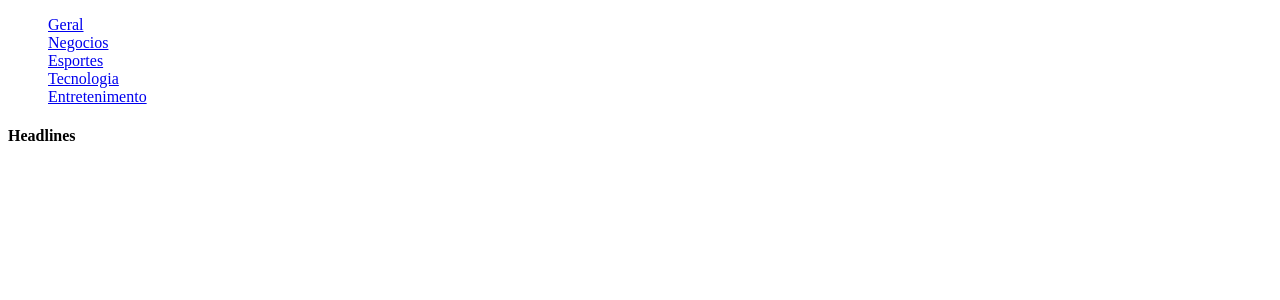
Repository: LuisSempre/api-news
Page: index.html
These files come from the project's save history. The page is drawn as it stood at one moment and after the next save; the edit follows.
The browser window is 1280 px wide. The pictures show the whole page.
The page's requests for data from a server got no answer.

Above is the page before, as saved 2023-01-11 01:22:49.

After the next save:
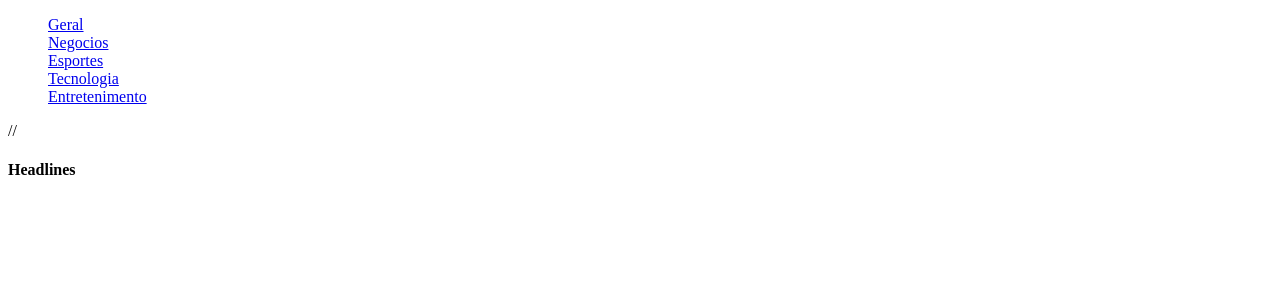
Saved 63 s later.
--- a/index.html
+++ b/index.html
@@ -38,7 +38,7 @@
                 </nav>
             </div>
             <div>
-                <div id="newsType"></div>
+                // <div id="newsType"></div>
                 <div id="newsdetails"></div>
             </div>
         </div>

After the 3 saves that followed:
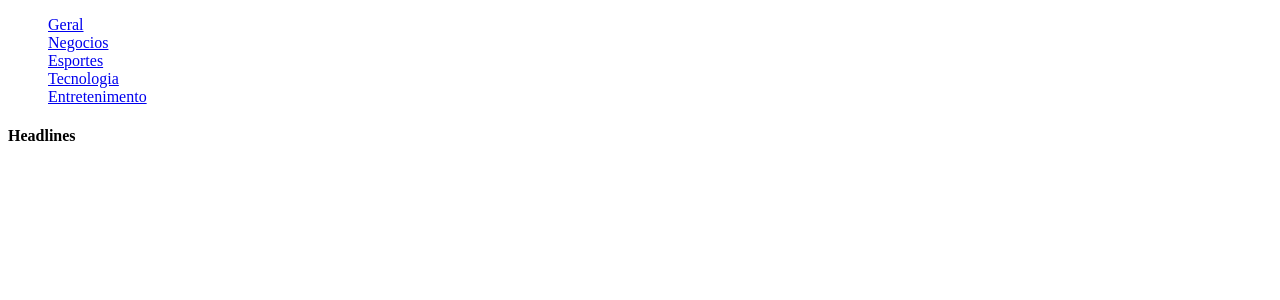
The 3 saves are shown as one change because they came seconds apart.
The last was saved 11 s later.
--- a/index.html
+++ b/index.html
@@ -38,7 +38,7 @@
                 </nav>
             </div>
             <div>
-                // <div id="newsType"></div>
+                <div id="newsType"></div>
                 <div id="newsdetails"></div>
             </div>
         </div>
